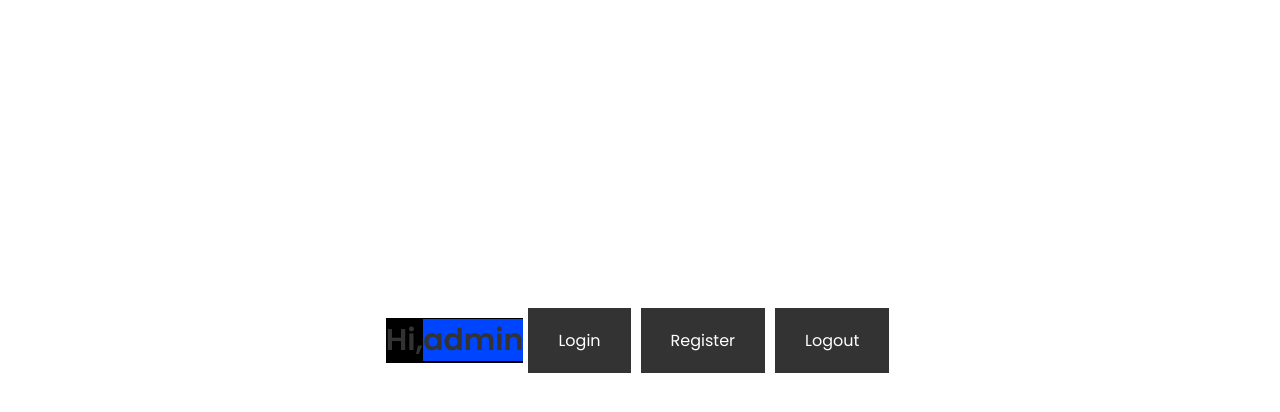
Repository: yennobita/FPT-PHP1
Page: http://localhost/user/admin_page.php
The author's editor kept a copy of each file at every save. The page is drawn from the files as they stood at one save, then again after the next save.
The browser window is 1280 px wide. The pictures show the whole page.
The page is run by PHP 8.4 with error messages shown; the project is at /var/www/html/.

Above is the page before, as saved 2022-07-24 19:49:35.

After the next save:
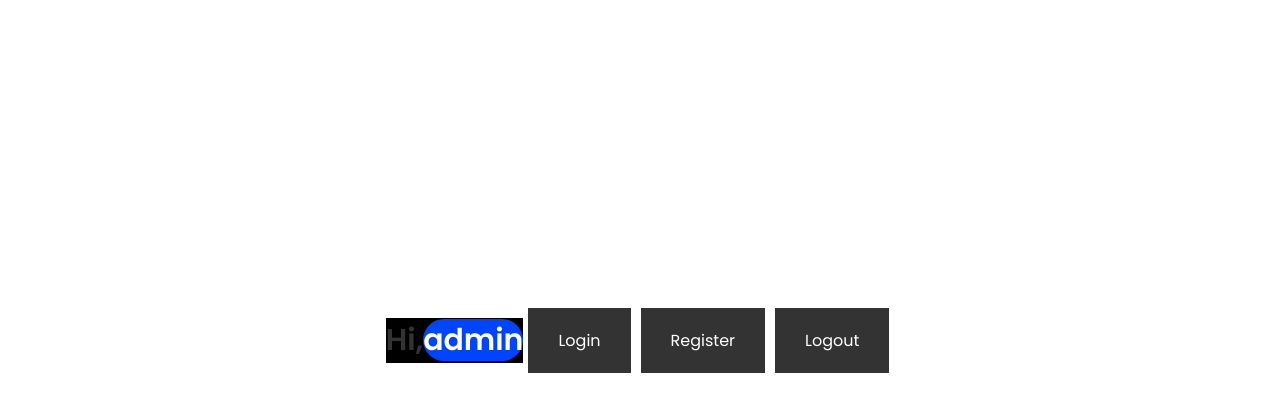
Saved 23 s later.
--- a/ASM_PHP1/user/admin_page.php
+++ b/ASM_PHP1/user/admin_page.php
@@ -37,6 +37,8 @@
     }
     .container .content span {
         background: #0045fe;
+        color: #fff;
+        border-radius: 50px;
     }
     .container .content .btn {
         padding: 20px 30px;
